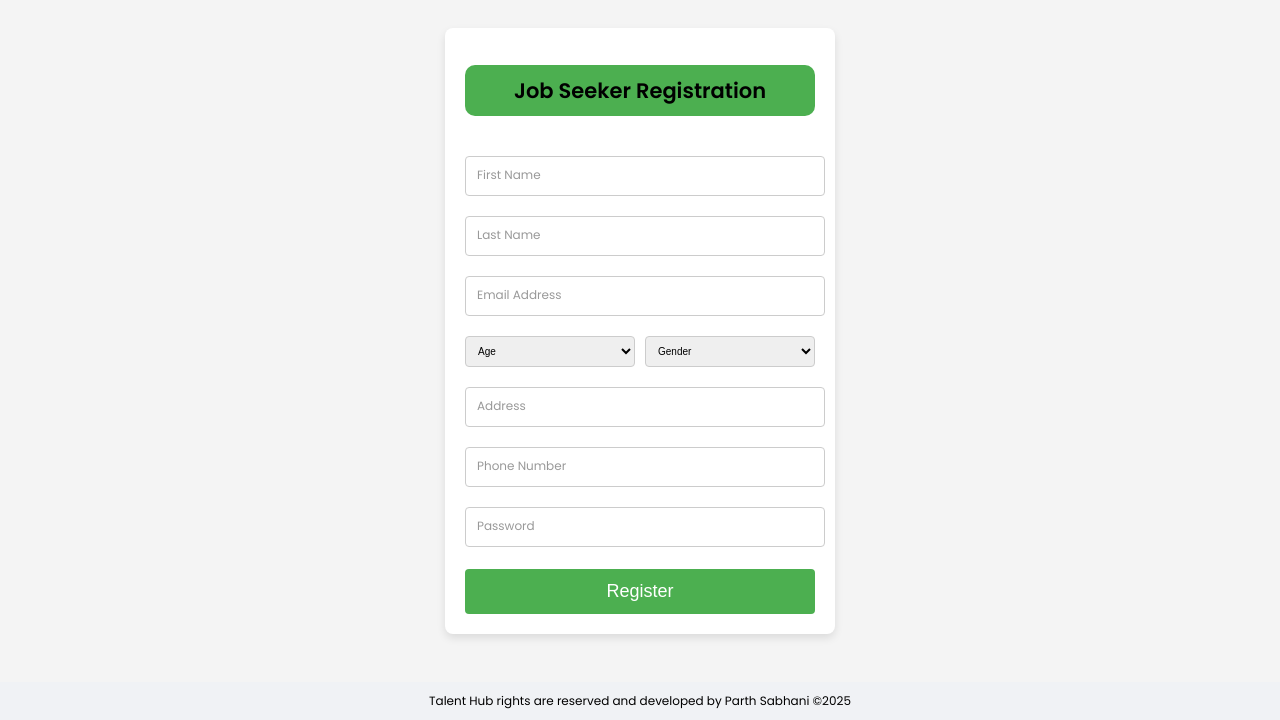
Repository: parthsabhani/Job_Portal_JSP_Servlet
Page: http://localhost/Job_Portal/userRegistration.jsp
These files come from the project's save history. The page is drawn as it stood at one moment and after the next save; the edit follows.
The browser window is 1280 px wide. The pictures show the whole page.
The page is served by Tomcat 10.

Above is the page before, as saved 2025-04-23 04:03:26.

After the next save:
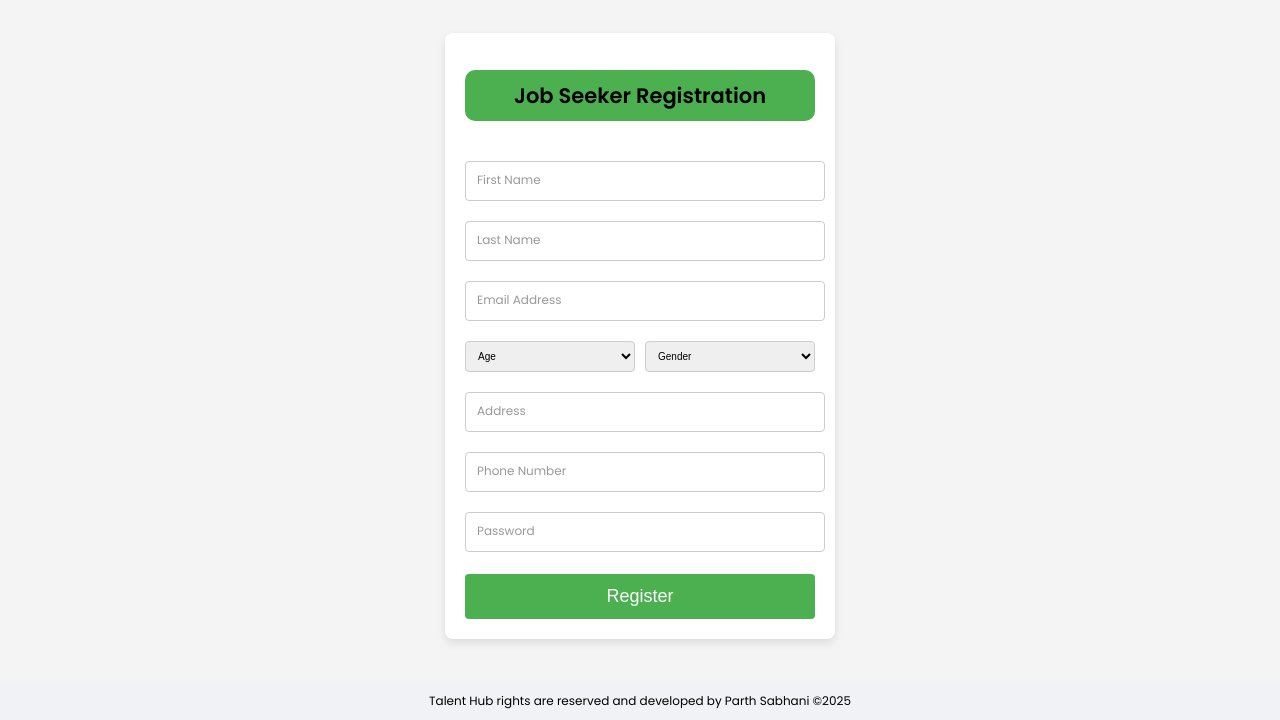
Saved 8 s later.
--- a/Job_Portal/src/main/webapp/userRegistration.jsp
+++ b/Job_Portal/src/main/webapp/userRegistration.jsp
@@ -26,7 +26,7 @@
 .registration-container {
 	background-color: white;
 	padding: 20px;
-	margin: 20px;
+	margin: 25px;
 	border-radius: 8px;
 	box-shadow: 0 4px 8px rgba(0, 0, 0, 0.1);
 	width: 100%;

After the save that followed:
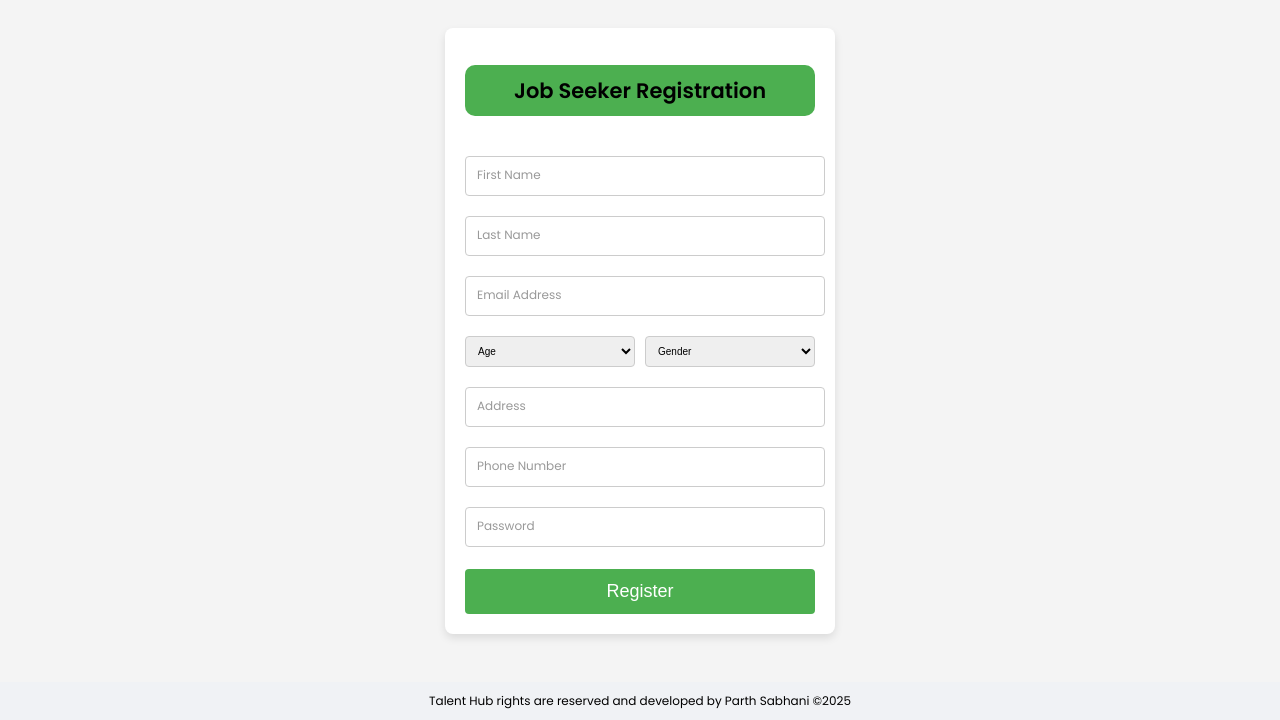
Saved 6 s later.
--- a/Job_Portal/src/main/webapp/userRegistration.jsp
+++ b/Job_Portal/src/main/webapp/userRegistration.jsp
@@ -26,7 +26,8 @@
 .registration-container {
 	background-color: white;
 	padding: 20px;
-	margin: 25px;
+	margin: 20px;
+
 	border-radius: 8px;
 	box-shadow: 0 4px 8px rgba(0, 0, 0, 0.1);
 	width: 100%;
